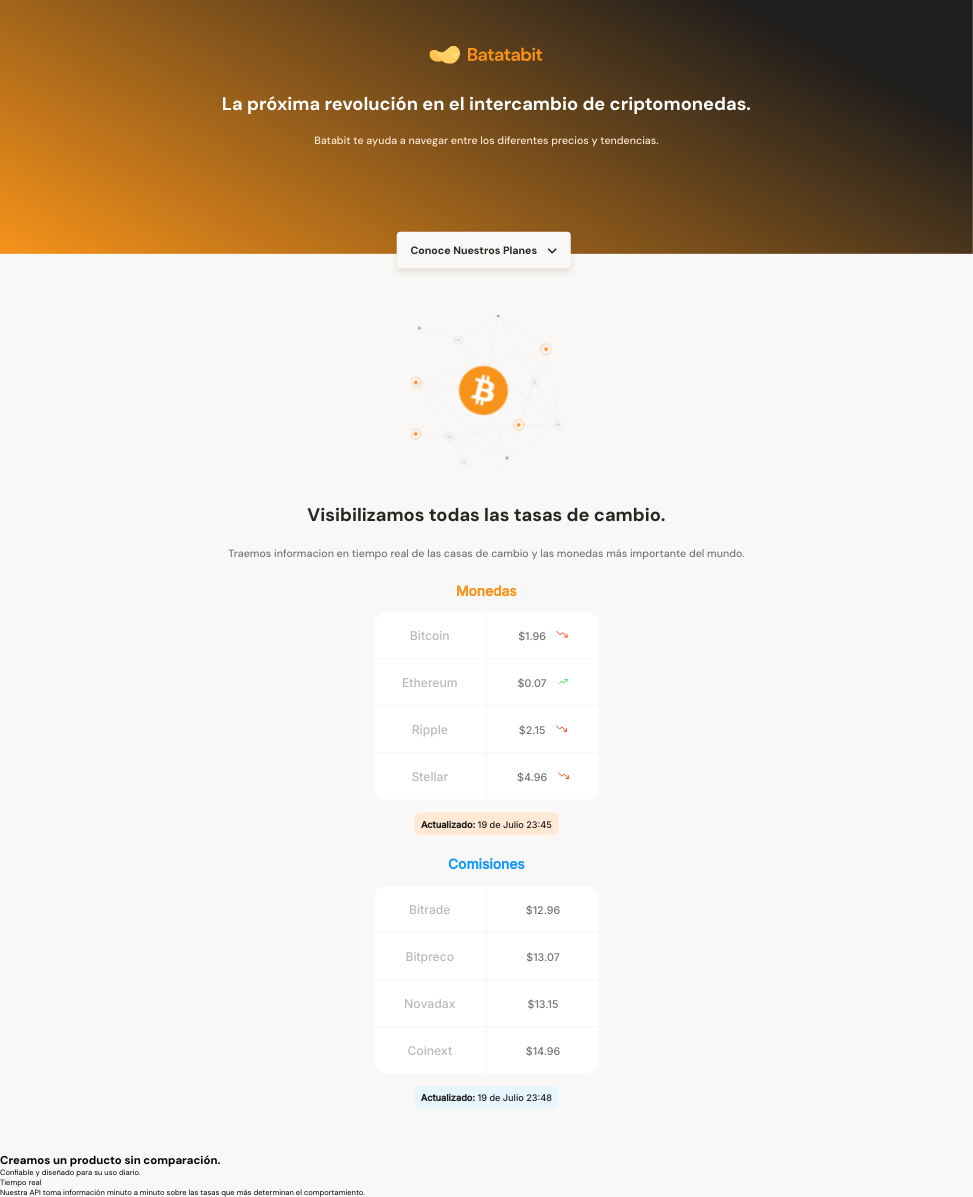
Repository: EnzoSz/Mobile-First
Page: index.html
An editor plug-in stored every save of this project. The page is shown before and after the next save, followed by the edit.
The browser window is 1280 px wide. The pictures show the whole page, at 76% of full size.

Above is the page before, as saved 2021-01-29 17:30:44.

### index.html
<!DOCTYPE html>
<html lang="en">
<head>
    <meta charset="UTF-8">
    <meta name="viewport" content="width=device-width, initial-scale=1.0">
    <title>Document</title>
    <link rel="preconnect" href="https://fonts.gstatic.com">
    <link href="https://fonts.googleapis.com/css2?family=DM+Sans:wght@400;500;700&family=Inter:wght@300;500&display=swap" rel="stylesheet">
    <link rel="stylesheet" href="./estilos.css">
</head>
<body>
    <header>
        <img src="./assets/img/logo.svg" alt="">
        <div class="header--title-container">
            <h1>La próxima revolución en el intercambio de criptomonedas.</h1>
            <p>Batabit te ayuda a navegar entre los diferentes precios y tendencias.</p>
            <a href="" class="header--button">Conoce Nuestros Planes <span></span></a>
        </div>
    </header>
    <main>
        <section class="main-exchange-container">
            <div class="backgroundImg"></div>
            <div class="main.exchange-container--title">
                <h2>Visibilizamos todas las tasas de cambio.</h2>
                <p>
                    Traemos informacion en  tiempo real de las casas de cambio y las monedas más importante del mundo.

                </p>
            </div>
            <section class="main-tables-container">
                <div class="main-currency-table">
                    <p class="currency-table--title">Monedas</p>
                    <div class="currency-table--container">
                        <table>
                            <tr>
                                <td class="table__top-left">Bitcoin</td>
                                <td class="table__top-right table__right">$1.96 <span class="down"></span></td>
                            </tr>
                            <tr>
                                <td>Ethereum</td>
                                <td class="table__right">$0.07 <span class="up"></span></td>
                            </tr>
                            <tr>
                                <td>Ripple</td>
                                <td class="table__right">$2.15 <span class="down"></span></td>
                            </tr>
                            <tr>
                                <td class="table__bottom-left">Stellar</td>
                                <td class="table__bottom-right table__right">$4.96 <span class="down"></span></td>
                            </tr>
                        </table>
                    </div>
                    <div class="currency-table-date">
                        <p>
                            <b>Actualizado:</b> 19 de Julio 23:45
                        </p>
                    </div>
                </div>
                <div class="main-commissions-table">
                    <p class="commissions-table--title">Comisiones</p>
                    <div class="commissions-table--container">
                        <table>
                            <tr>
                                <td class="table__top-left">Bitrade</td>
                                <td class="table__top-right table__right">$12.96</td>
                            </tr>
                            <tr>
                                <td>Bitpreco</td>
                                <td class="table__right">$13.07</td>
                            </tr>
                            <tr>
                                <td>Novadax</td>
                                <td class="table__right">$13.15</td>
                            </tr>
                            <tr>
                                <td class="table__bottom-left">Coinext</td>
                                <td class="table__bottom-right table__right">$14.96</td>
                            </tr>
                        </table>
                    </div>
                    <div class="commissions-table-date">
                        <p>
                            <b>Actualizado:</b> 19 de Julio 23:48
                        </p>
                    </div>
                </div>
            </section>
        </section>
        <section class="main-product-detail">
            <span></span>
            <div class="product-detail--title">
                <h2>
                    Creamos un producto sin comparación.
                </h2>
                <p>
                    Confiable y diseñado para su uso diario.
                </p>
                <section class="product-cards--container">
                    <article class="product-detail--card">
                        <span class="clock"></span>
                        <p class="product--card-title">Tiempo real</p>
                        <p class="product--card-body">
                            Nuestra API toma información minuto a minuto sobre las tasas que más determinan el comportamiento.
                        </p>
                    </article>
                    <article></article>
                    <article></article>
                    <article></article>
                </section>
            </div>
        </section>
        <section></section>
        <section></section>
    </main>
    <footer></footer>
</body>
</html>

### estilos.css
/*
1. Posicionamiento
2. Modelo de caja (Box model)
3. Tipografía
4. Visuales
5. Otros
*/
:root {
    /*Colores */
    --bitcoin-orange: #F7931A;
    --soft-orange: #FFE9D5;
    --secondary-blue: #1A9AF7;
    --soft-blue: #E7F5FF;
    --warm-black: #201E1C;
    --warm-black1: #282623;
    --grey: #BABABA;
    --off-white: #FAF8F7;
    --just-white: #FFFFFF;
}
* {
    box-sizing: border-box;
    margin: 0;
    padding: 0;
}
html {
    font-size: 62.5%;
    font-family: 'DM Sans', sans-serif;
}
header {
    position: relative;
    display: flex;
    flex-direction: column;
    justify-content: center;
    width: 100%;
    min-width: 32rem;
    height: 33.4rem;
    text-align: center;
    background: linear-gradient(207.8deg, #201E1C 16.69%, #F7931A 100%);;
}
header img {
    width: 15rem;
    height: 2.4rem;
    margin-top: 6.0rem;
    align-self:center;
}
.header--title-container {
    width: 90%;
    min-width: 28.8rem;
    max-width: 90rem;
    height: 21.8rem;
    margin-top: 4rem;
    text-align: center;
    align-self:center;

}
.header--title-container h1 {
    font-size: 2.4rem;
    font-weight: bold;
    line-height: 2.6rem;
    color: var(--just-white);
}
.header--title-container p {
    margin-top: 25px;
    font-size: 1.4rem;
    font-weight: 500;
    line-height: 1.8rem;
    color: var(--soft-orange);
}
.header--title-container .header--button {
    position: absolute;
    left: calc(50% - 118px);
    top: 270px;
    display: block;
    margin-top: 35px;
    padding: 15px;
    width: 229px;
    height: 48px;
    background-color: var(--off-white);
    /*Sombra*/
    box-shadow: 0px 4px 8px rgba(89, 73, 30, 0.16);
    border: none;
    border-radius: 5px;
    font-size: 1.4rem;
    font-weight: bold;
    text-decoration: none;
    color: var(--warm-black1);
}
.header--button span {
    display: inline-block;
    width: 13px;
    height: 8px;
    margin-left: 10px;
    background-image: url('./assets/icons/arrow-down.svg');
}
main {
    width: 100%;
    height: auto;
    background-color: var(--off-white);
}
.main-exchange-container {
    width: 100%;
    height: auto;
    padding-top: 80px;
    padding-bottom: 30px;
    text-align: center;
}
.main-exchange-container--title {
    width: 90%;
    min-width: 288px;
    max-width: 900px;
    margin: 0 auto;
}
.main-exchange-container .backgroundImg {
    width: 200px;
    height: 200px;
    margin: 0 auto;
    margin-bottom: 50px;
    background-image:url('./assets/img/bitcoin.svg');
    background-size: cover;
    background-position: center;
    background-repeat: no-repeat;
}
.main-exchange-container h2 {
    margin-bottom: 30px;
    font-size: 2.4rem;
    font-weight: bold;
    line-height: 2.6rem;
    color: var(--warm-black1);
}
.main-exchange-container p {
    margin-bottom: 30px;
    font-size: 1.4rem;
    font-weight: 500;
    line-height: 1.6rem;
    color: #757575;
}
.main-currency-table, .main-commissions-table {
    width: 70%;
    min-width: 235px;
    max-width: 500px;
    height: 360px;
    margin: 0 auto;
    font-family: "Inter", sans-serif;
}
.main-currency-table .currency-table--title {
    margin-bottom: 15px;
    font-size: 1.8rem;
    font-weight: bold;
    line-height: 2.3rem;
    color: var(--bitcoin-orange);
}
.currency-table--container, .commissions-table--container {
    width: 90%;
    min-width: 230px;
    max-width: 300px;
    height: 250px;
    margin: 0 auto;
}
.currency-table--container table, .commissions-table--container table {
    width: 100%;
    height: 100%;
}
.currency-table--container td, .commissions-table--container td {
    width: 50%;
    font-size: 1.6rem;
    font-weight: 500;
    line-height: 1.9rem;
    color: var(--grey);
    background-color: var(--just-white);
}
.currency-table--container .table__top-left, .commissions-table--container .table__top-left {
    border-radius: 15px 0 0 0;
}
.currency-table--container .table__top-right, .commissions-table--container .table__top-right {
    border-radius: 0 15px 0 0;
}
.currency-table--container .table__bottom-left, .commissions-table--container .table__bottom-left {
    border-radius: 0 0 0 15px;
}
.currency-table--container .table__bottom-right, .commissions-table--container .table__bottom-right {
    border-radius: 0 0 15px 0;
}
.currency-table--container .table__right, .commissions-table--container .table__right {
    font-size: 1.4rem;
    font-weight: normal;
    line-height: 1.7rem;
    color: #757575;
}
.currency-table--container .down {
    display: inline-block;
    width: 15px;
    height: 15px;
    margin-left: 10px;
    background-image: url('./assets/icons/trending-down.svg');
    background-size: cover;
    background-position: center;
    background-repeat: no-repeat;
}
.currency-table--container .up {
    display: inline-block;
    width: 15px;
    height: 15px;
    margin-left: 10px;
    background-image:url('./assets/icons/trending-up.svg');
    background-position: center;
    background-repeat:no-repeat;
}
.currency-table-date {
    width: 190px;
    height: 30px;
    margin: 0 auto;
    margin-top: 15px;
    padding: 8px;
    background-color: var(--soft-orange);
    border-radius: 8px;
}
.currency-table-date p {
    font-size: 1.2rem;
    line-height: 1.5rem;
    color: var(--warm-black);
}
.main-commissions-table .commissions-table--title {
    margin-bottom: 15px;
    font-size: 1.8rem;
    font-weight: bold;
    line-height: 2.3rem;
    color: var(--secondary-blue);
}
.commissions-table-date {
    width: 190px;
    height: 30px;
    margin: 0 auto;
    margin-top: 15px;
    padding: 8px;
    background-color: var(--soft-blue);
    border-radius: 8px;
}
.commissions-table-date p {
    font-size: 1.2rem;
    line-height: 1.5rem;
    color: var(--warm-black);
}

After the next save:
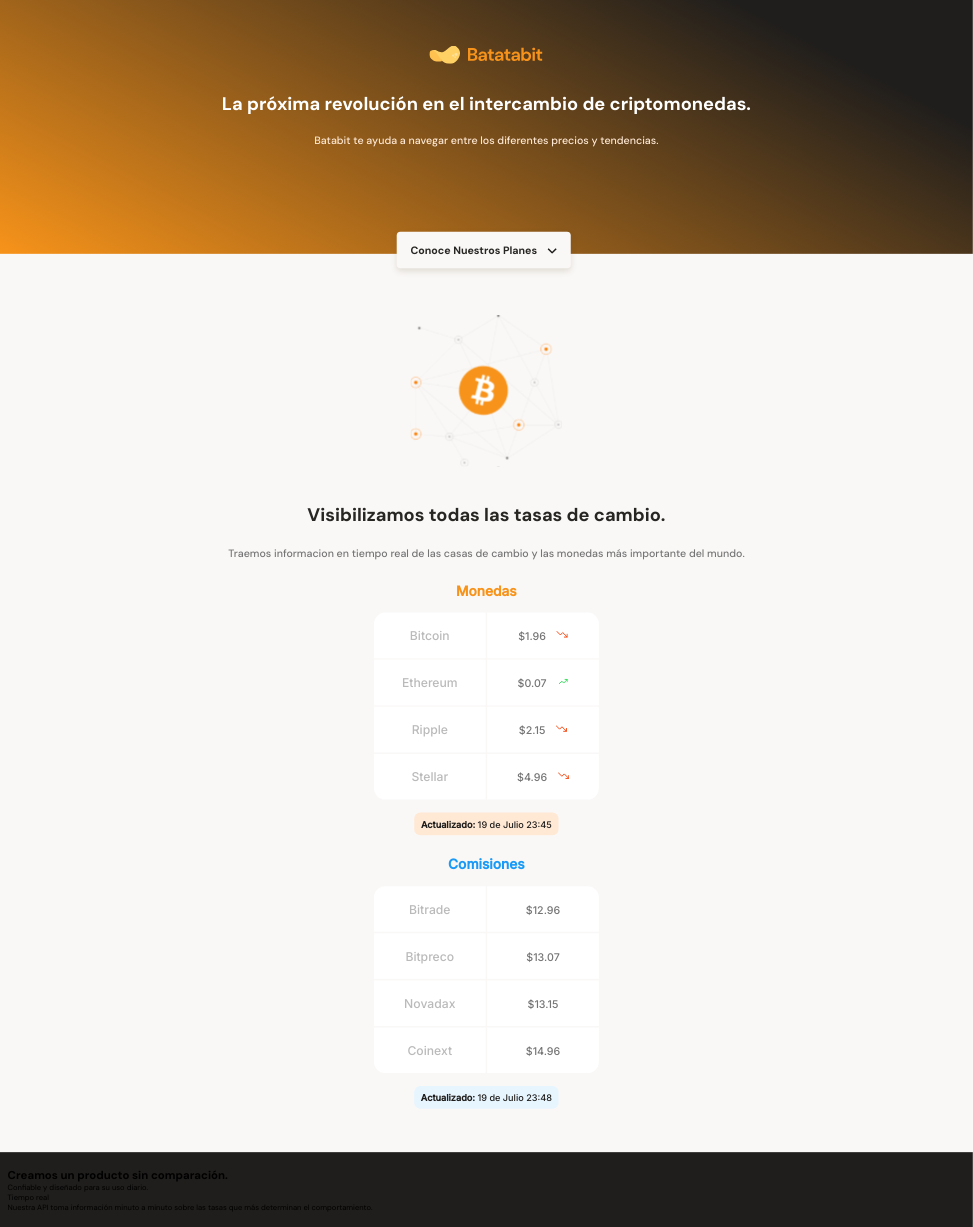
Saved 37 s later.
--- a/estilos.css
+++ b/estilos.css
@@ -240,3 +240,11 @@
     line-height: 1.5rem;
     color: var(--warm-black);
 }
+.main-product-detail {
+    position: relative;
+    width: 100%;
+    min-width: 320px;
+    height: auto;
+    padding: 20px 10px;
+    background-color: var(--warm-black);
+}
